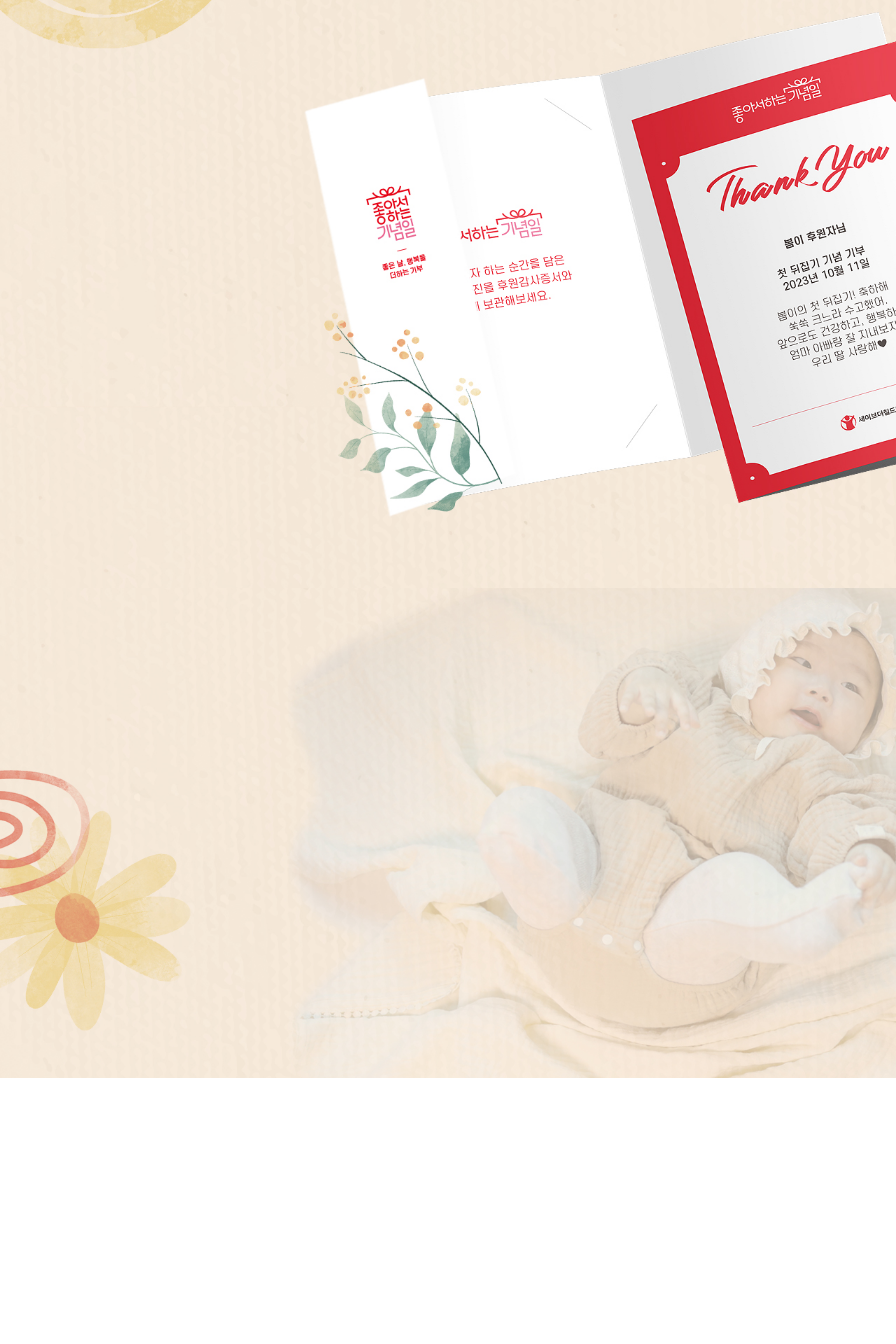
Repository: dlgywls1130/save_the_children
Page: index.html
An editor plug-in stored every save of this project. The page is shown before and after the next save, followed by the edit.
The browser window is 1280 px wide. The pictures show the part of the page from y = 2920 to 4840 px (the page is 4840 px tall), at 70% of full size.

Above is the page before, as saved 2023-12-12 19:11:30.

After the next save:
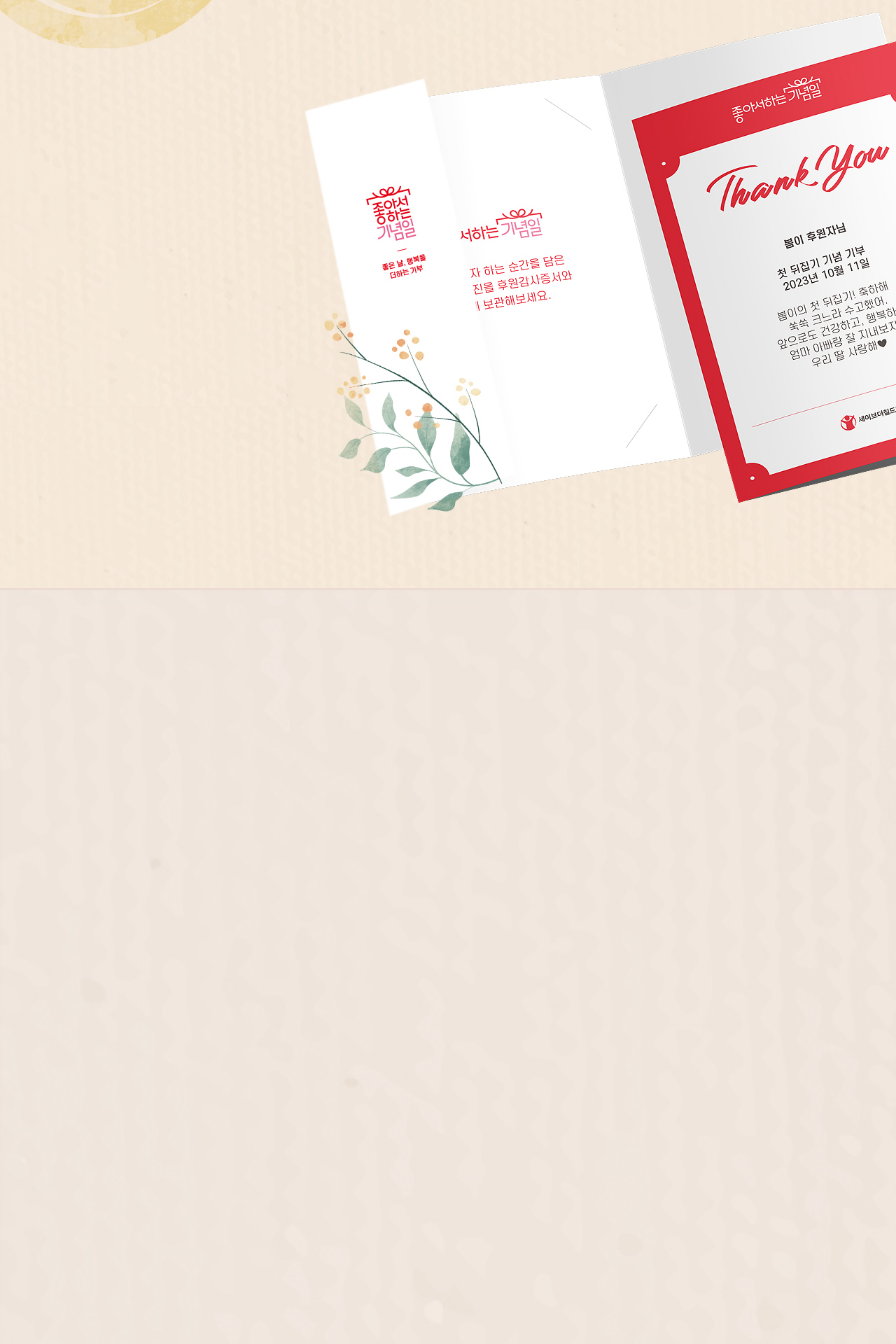
Saved 53 s later.
--- a/css/style.css
+++ b/css/style.css
@@ -33,7 +33,7 @@
 
 .section04{
     height: 1080px;
-    background: url('../img/back06.jpg') no-repeat;
+    background: url('../img/back07.png') no-repeat;
 }
 
 /* section05 */
